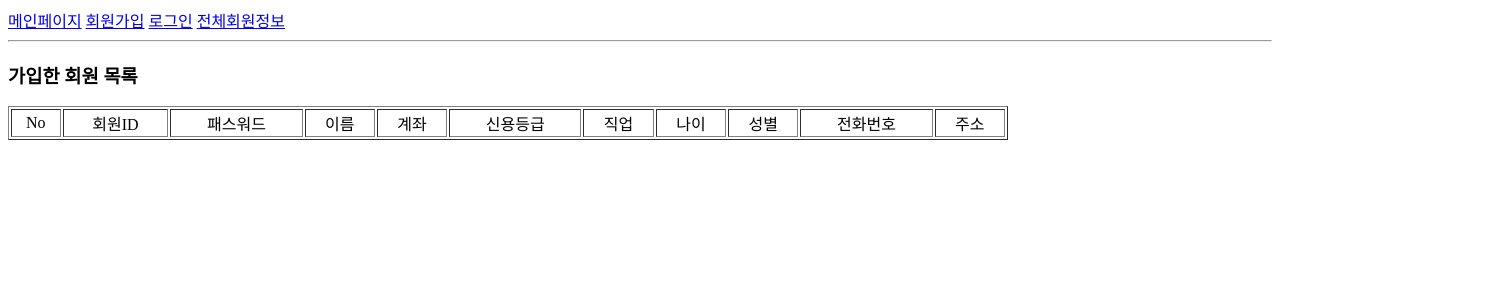
Repository: fellownew/web_workspace
Page: http://localhost/BankSystem_FrontController/WEB-INF/view/customer/customer_list.jsp
These files come from the project's save history. The page is drawn as it stood at one moment and after the next save; the edit follows.
The browser window is 1280 px wide. The page is 1280 px wide, then 1508 px, so the pictures cover 1508 px, including what lies to the right of the window. The pictures show the whole page.
The page is served by Tomcat 9. Nobody is signed in. Other server files are loaded and not shown. The template is opened directly, without the code that normally fills it, so the values that code supplies are empty.

Above is the page before, as saved 2015-04-13 12:13:45.

### BankSystem_FrontController/WebContent/WEB-INF/view/customer/customer_list.jsp
<%@ page contentType="text/html;charset=UTF-8"%>
<%@ include file="/WEB-INF/view/menu.jsp" %>
<!DOCTYPE html>
<html>
<head>
<meta charset="UTF-8">
<title>회원 리스트</title>
</head>
<body>
<h3>가입한 회원 목록</h3>
<table style="text-align: center; width: 1000 "border="1">
	<thead>
		<tr>
			<td>No</td>
			<td>회원ID</td>
			<td>패스워드</td>
			<td>이름</td>
			<td>계좌</td>
			<td>신용등급</td>
			<td>직업</td>
			<td>나이</td>
			<td>성별</td>
			<td>전화번호</td>
			<td>주소</td>
		</tr>
	</thead>
	<tbody>
	<c:forEach items="${requestScope.customers }" var="cus" varStatus="i">
			<tr>
				<td>${i.count}</td>  <!-- 또는 .index  -->
				<td>${cus.id }</td>
				<td>${cus.password}</td>
				<td>${cus.name}</td>
				<td>${cus.account}</td>
				<td>${cus.creditRating}</td>
				<td>${cus.job}</td>
				<td>${cus.age}</td>
				<td>${cus.sex?"여자":"남자"}</td>
				<td>${cus.phoneNumber}</td>
				<td>${cus.address}</td>

			</tr>
	</c:forEach>
	</tbody>
</table>
</body>
</html>

### BankSystem_FrontController/WebContent/WEB-INF/view/menu.jsp
<%@ page contentType="text/html;charset=UTF-8" %>
<%@ taglib prefix="c" uri="http://java.sun.com/jsp/jstl/core" %>
<%@ page errorPage="/error.jsp" %>
<%
Object loginInfo = session.getAttribute("login_info");
if(loginInfo==null){
%>
<a href="/BankSystem_FrontController/index.jsp">메인페이지</a>
<a href="/BankSystem_FrontController/controller?command=link&path=/WEB-INF/view/customer/register_form.jsp">회원가입</a>
<a href="/BankSystem_FrontController/controller?command=link&path=/WEB-INF/view/customer/login_form.jsp">로그인</a>

<%}else{ %>

<a href="/BankSystem_FrontController/controller?command=link&path=/WEB-INF/view/customer/main.jsp">메인페이지</a>
<a href="/BankSystem_FrontController/controller?command=info">본인정보조회</a>
<a href="/BankSystem_FrontController/controller?command=link&path=/WEB-INF/view/customer/modify_form.jsp">회원정보 수정</a>
<a href="/BankSystem_FrontController/controller?command=logout">로그아웃</a>
<a href="/BankSystem_FrontController/controller?command=removeCustomer">회원탈퇴</a>
<%}%>
<a href="/BankSystem_FrontController/controller?command=customerAllList">전체회원정보</a>
<hr/>

After the next save:
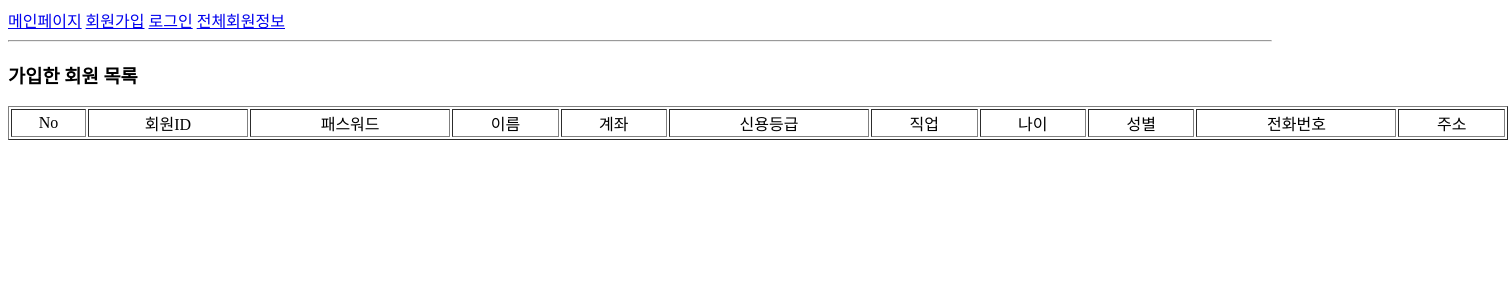
Saved 4 s later.
--- a/BankSystem_FrontController/WebContent/WEB-INF/view/customer/customer_list.jsp
+++ b/BankSystem_FrontController/WebContent/WEB-INF/view/customer/customer_list.jsp
@@ -8,7 +8,7 @@
 </head>
 <body>
 <h3>가입한 회원 목록</h3>
-<table style="text-align: center; width: 1000 "border="1">
+<table style="text-align: center; width: 1500 "border="1">
 	<thead>
 		<tr>
 			<td>No</td>
